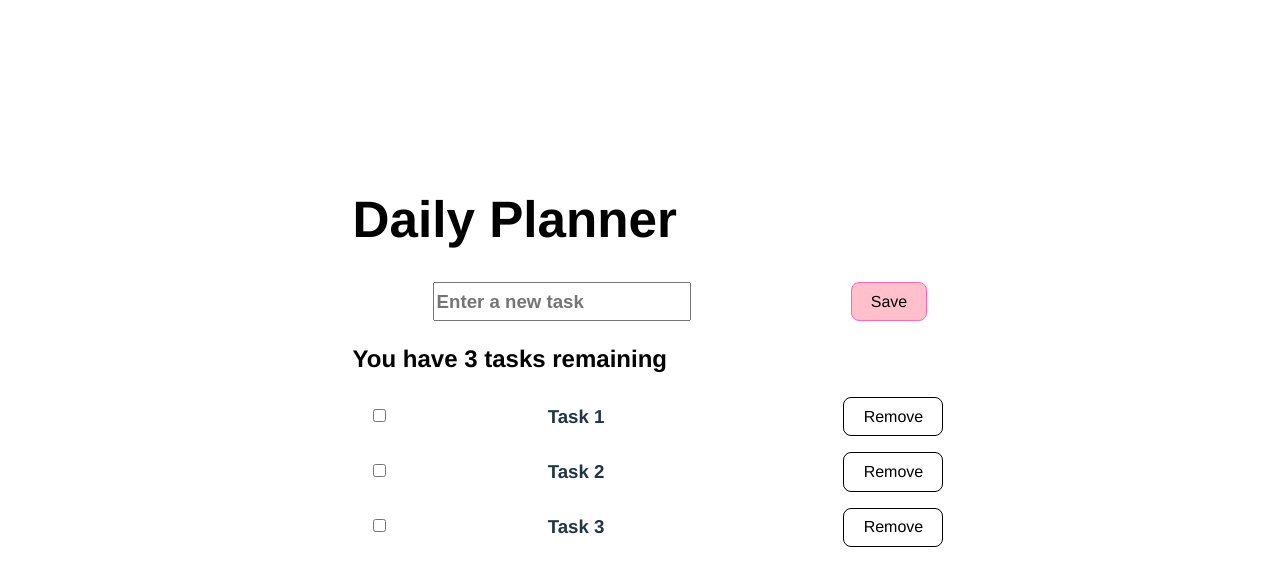
Repository: MonicaNguyenH/Frontend_Assignment6
Page: / (app in react/)
The author's editor kept a copy of each file at every save. The page is drawn from the files as they stood at one save, then again after the next save.
The browser window is 1280 px wide. The pictures show the whole page.
The project was rebuilt for these pictures with package versions that can differ from the ones it lists, and the page was loaded fresh each time. Also part of the build but not shown: react/vite.config.js.

Above is the page before, as saved 2024-10-11 01:01:02.

After the next save:
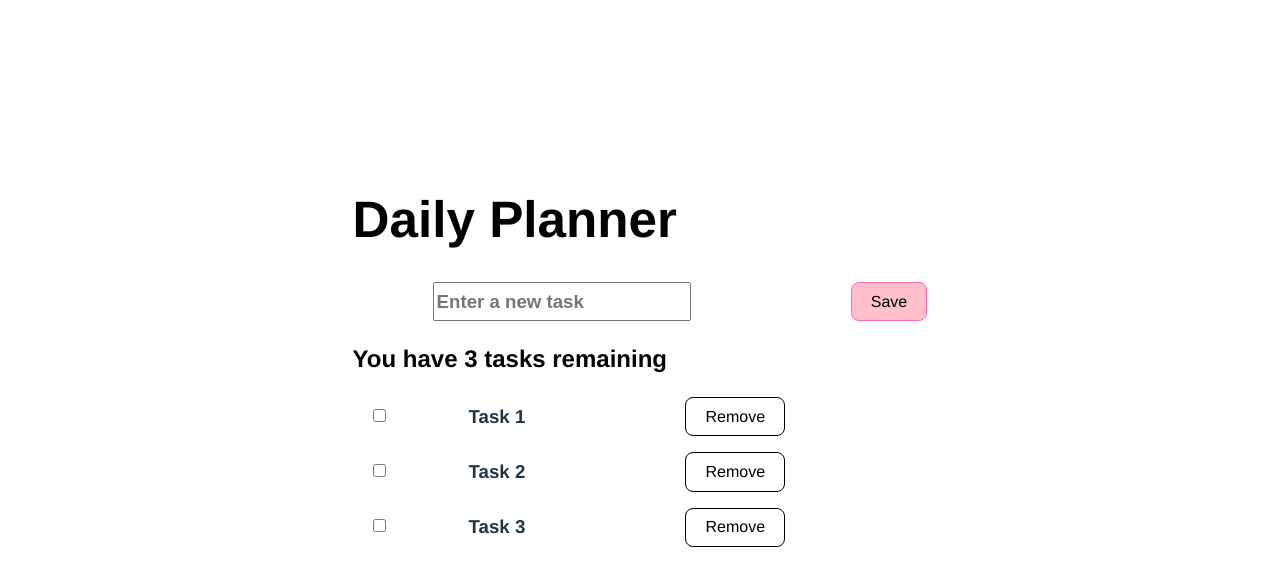
Saved 44 s later.
--- a/react/src/App.css
+++ b/react/src/App.css
@@ -45,7 +45,6 @@
   display: flex;
   flex-direction: row;
   align-items: center;
-  justify-content: space-between;
   margin: 1em;
 
   width: 100%;
